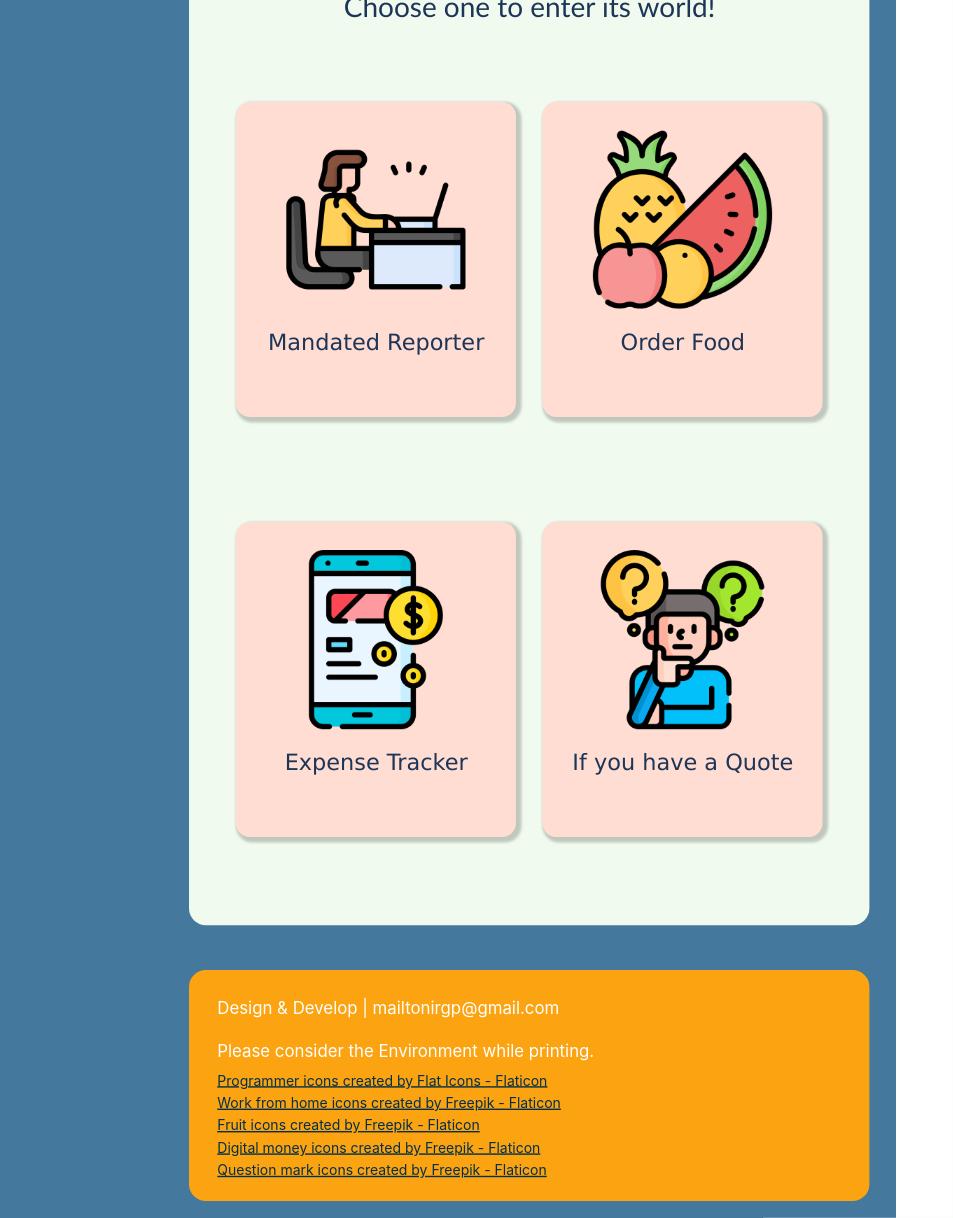
Repository: niranjangp/portfolioReact
Page: /
These files come from the project's save history. The page is drawn as it stood at one moment and after the next save; the edit follows.
The browser window is 1280 px wide. The page is 1361 px wide, so the pictures cover 1361 px, including what lies to the right of the window. The pictures show the part of the page from y = 1534 to 3294 px (the page is 3274 px tall before and 3294 px after), at 70% of full size.
The project was rebuilt for these pictures with package versions that can differ from the ones it lists, and the page was loaded fresh each time. Also part of the build but not shown: src/pages/csOne.jsx, src/pages/csTwo.jsx, src/pages/csThree.jsx, src/pages/csFour.jsx, src/pages/notFound.jsx.

Above is the page before, as saved 2022-02-02 02:49:08.

After the next save:
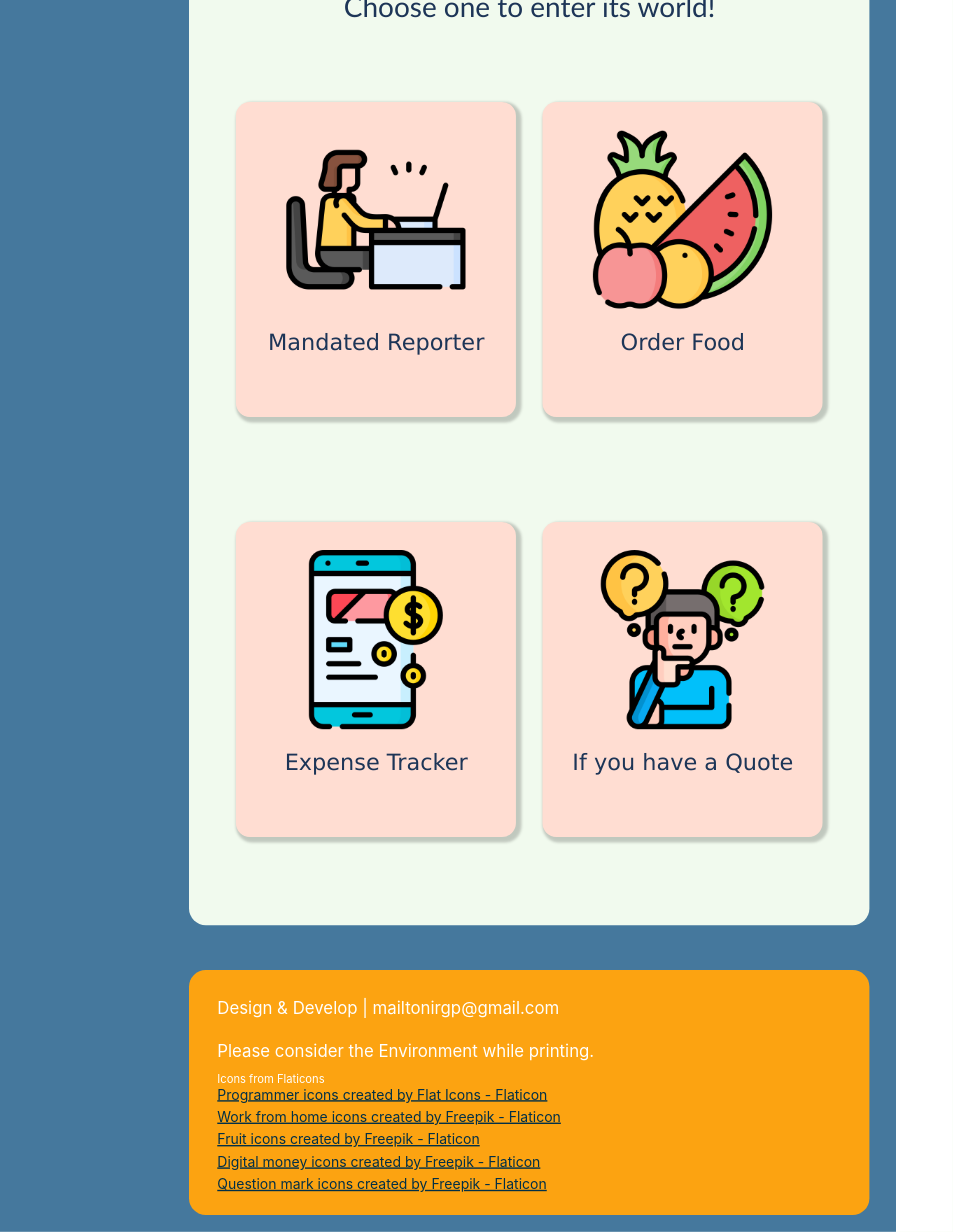
Saved 61 s later.
--- a/src/App.js
+++ b/src/App.js
@@ -11,7 +11,7 @@ import NotFound from './pages/notFound';
 function App() {
   const flatIconLink = "https://www.flaticon.com/free-icons/programmer";
   const wfhIconLink = "https://www.flaticon.com/free-icons/work-from-home";
-  const fruitLink ="https://www.flaticon.com/free-icons/fruit";
+  const fruitLink = "https://www.flaticon.com/free-icons/fruit";
   const moneyLink = "https://www.flaticon.com/free-icons/digital-money";
   const quoteLink = "https://www.flaticon.com/free-icons/question-mark";
 
@@ -57,6 +57,7 @@ function App() {
             <p>Please consider the Environment while printing.</p>
           </div>
           <div className='credits'>
+            <p>Icons from Flaticons</p>
             <a href={flatIconLink} title="programmer icons">Programmer icons created by Flat Icons - Flaticon</a>
             <a href={wfhIconLink} title="work from home icons">Work from home icons created by Freepik - Flaticon</a>
             <a href={fruitLink} title="fruit icons">Fruit icons created by Freepik - Flaticon</a>
